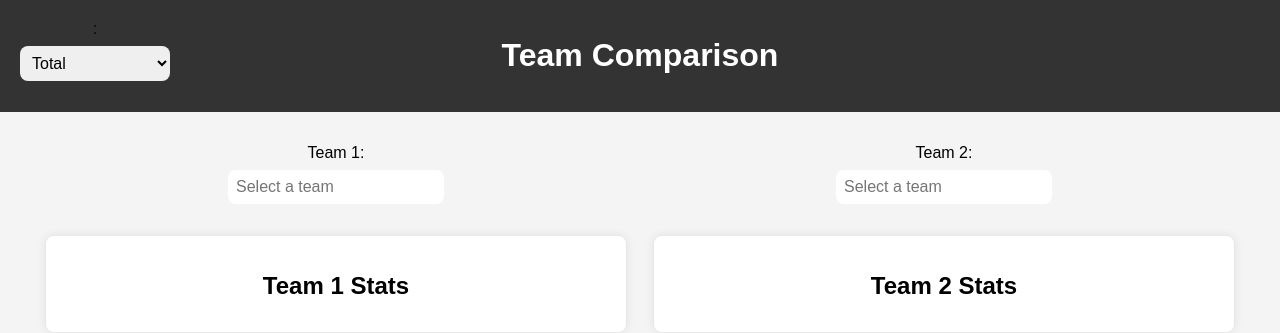
Repository: Enzo-py/dataviz-project-m1
Page: stat_page.html
The author's editor kept a copy of each file at every save. The page is drawn from the files as they stood at one save, then again after the next save.
The browser window is 1280 px wide. The pictures show the whole page.
Some web fonts or font styles are not loaded; a fallback is used.

Above is the page before, as saved 2024-12-12 15:51:04.

After the next save:
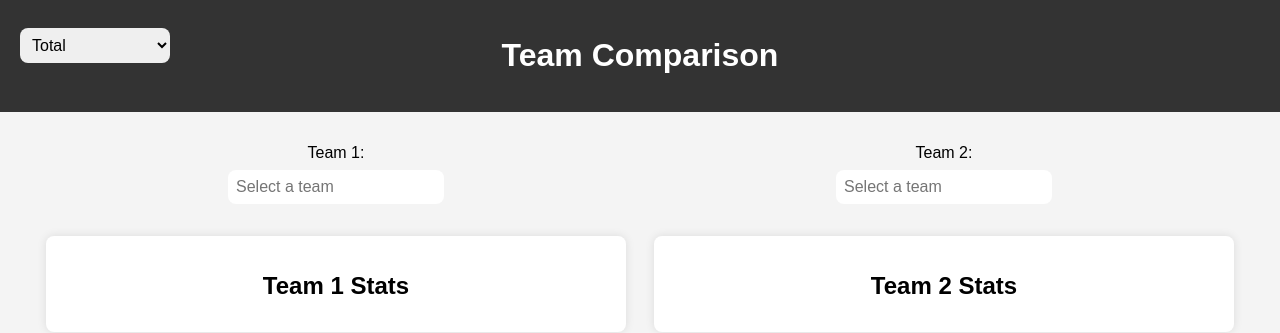
Saved 6 s later.
--- a/stat_page.html
+++ b/stat_page.html
@@ -12,7 +12,7 @@
 <body>
     <!-- Place the season selector at the top left corner -->
     <div class="season">
-        <label for="season">:</label>
+        <label for="season"></label>
         <select id="season">
             <option value="total">Total</option>
             <option value="2021-2022">2021-2022</option>

After the 2 saves that followed:
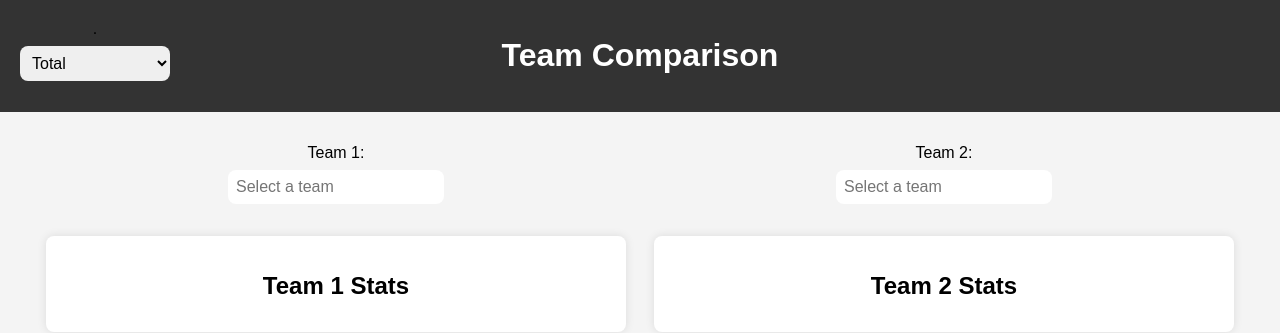
The 2 saves are shown as one change because 1 left the picture as it was.
The last was saved 10 s later.
--- a/stat_page.html
+++ b/stat_page.html
@@ -12,7 +12,7 @@
 <body>
     <!-- Place the season selector at the top left corner -->
     <div class="season">
-        <label for="season"></label>
+        <label for="season"> .</label>
         <select id="season">
             <option value="total">Total</option>
             <option value="2021-2022">2021-2022</option>
